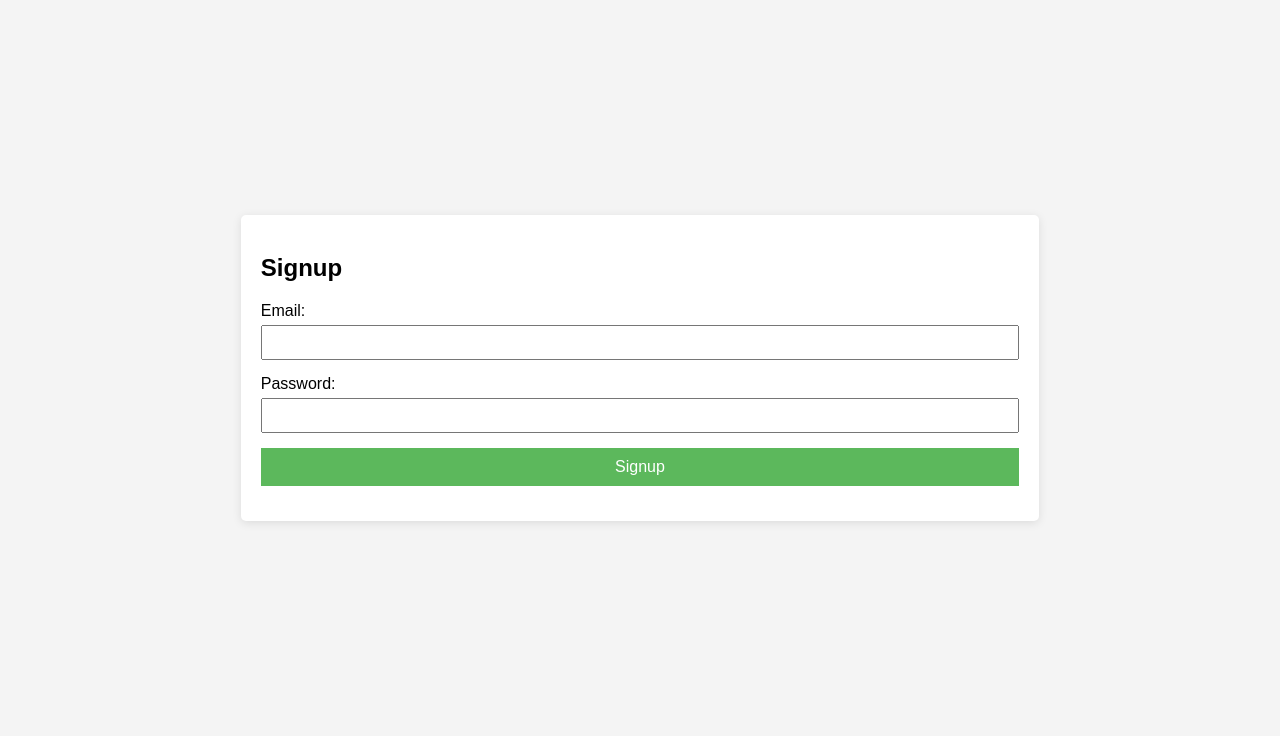
Repository: SHASHIDHAR-as/Spring
Page: spring-jsp-servelets/webapp/Webapp/src/main/webapp/Register.html
An editor plug-in stored every save of this project. The page is shown before and after the next save, followed by the edit.
The browser window is 1280 px wide. The pictures show the whole page.

Above is the page before, as saved 2024-07-30 06:40:43.

### spring-jsp-servelets/webapp/Webapp/src/main/webapp/Register.html
<!DOCTYPE html>
<html lang="en">
<head>
    <meta charset="UTF-8">
    <meta name="viewport" content="width=device-width, initial-scale=1.0">
    <title>Deloitte Signup Page</title>
    <style>
        body {
            font-family: Arial, sans-serif;
            background-color: #f4f4f4;
            display: flex;
            justify-content: center;
            align-items: center;
            height: 100vh;

        }
        .signup-form {
            background-color: #fff;
            padding: 20px;
            border-radius: 5px;
            box-shadow: 0 2px 10px rgba(0, 0, 0, 0.1);
            width:60%;
        }
        .signup-form h2 {
            margin-bottom: 20px;
        }
        .form-group {
            margin-bottom: 15px;
        }
        .form-group-w {
            display:flex;
            padding-bottom:10px;
        }
        .form-group label {
            display: block;
            margin-bottom: 5px;
        }
        .form-group input[type="text"],
        .form-group input[type="email"],
        .form-group input[type="password"] {
            width: 100%;
            padding: 8px;
            box-sizing: border-box;
        }
        .form-group input[type="radio"],
        .form-group input[type="checkbox"] {
            margin-right: 10px;
        }
        .form-group button {
            width: 100%;
            padding: 10px;
            background-color: #5cb85c;
            border: none;
            color: white;
            font-size: 16px;
            cursor: pointer;
        }
        .form-group button:hover {
            background-color: #4cae4c;
        }
    </style>
</head>
<body>
    <form class="signup-form">
        <h2>Signup</h2>

        <div class="form-group">
            <label for="email">Email:</label>
            <input type="email" id="email" name="email" required>
        </div>
        <div class="form-group">
            <label for="password">Password:</label>
            <input type="password" id="password" name="password" required>
        </div>


        <div class="form-group">
            <button type="submit">Signup</button>
        </div>

    </form>
</body>
</html>

After the next save:
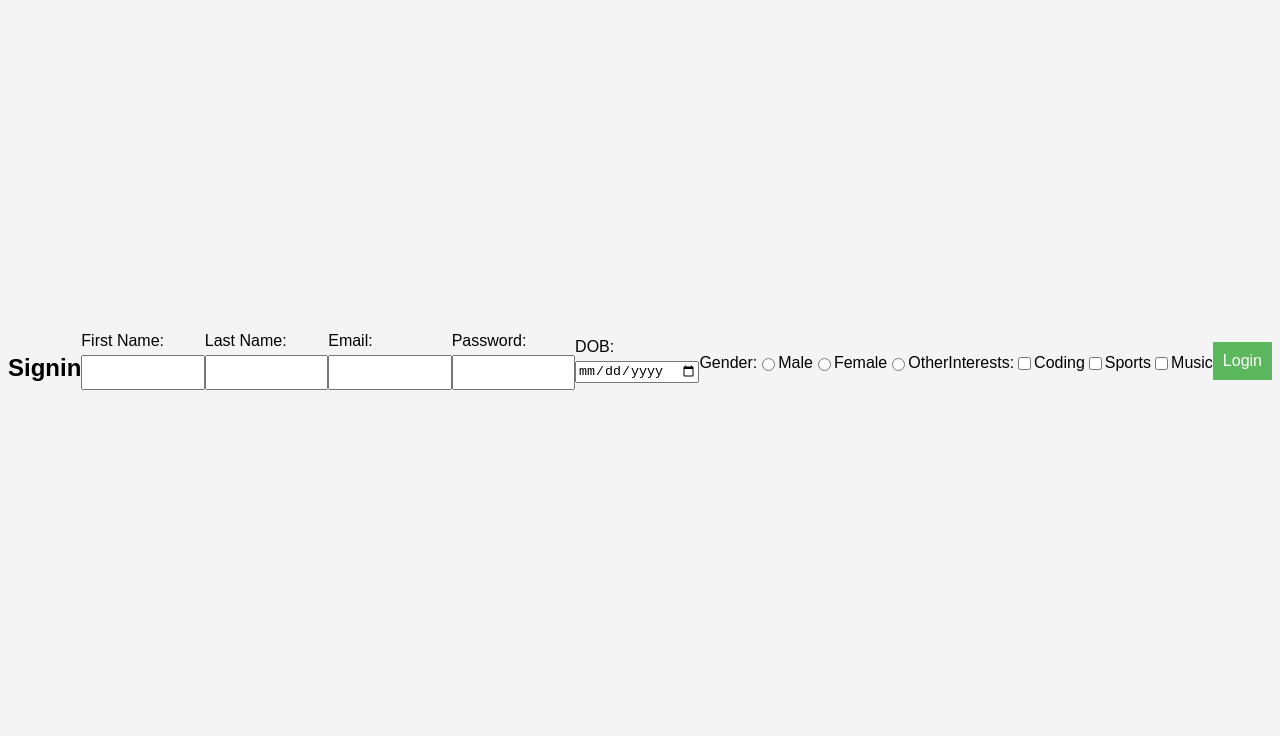
Saved 74 s later.
--- a/spring-jsp-servelets/webapp/Webapp/src/main/webapp/Register.html
+++ b/spring-jsp-servelets/webapp/Webapp/src/main/webapp/Register.html
@@ -1,10 +1,9 @@
 <!DOCTYPE html>
-<html lang="en">
+<html>
 <head>
-    <meta charset="UTF-8">
-    <meta name="viewport" content="width=device-width, initial-scale=1.0">
-    <title>Deloitte Signup Page</title>
-    <style>
+<meta charset="UTF-8">
+<title>Deloitte</title>
+<style>
         body {
             font-family: Arial, sans-serif;
             background-color: #f4f4f4;
@@ -61,9 +60,15 @@
     </style>
 </head>
 <body>
-    <form class="signup-form">
-        <h2>Signup</h2>
-
+	 <h2>Signin</h2>
+        <div class="form-group">
+            <label for="firstname">First Name:</label>
+            <input type="text" id="firstname" name="firstname" required>
+        </div>
+        <div class="form-group">
+            <label for="lastname">Last Name:</label>
+            <input type="text" id="lastname" name="lastname" required>
+        </div>
         <div class="form-group">
             <label for="email">Email:</label>
             <input type="email" id="email" name="email" required>
@@ -72,12 +77,31 @@
             <label for="password">Password:</label>
             <input type="password" id="password" name="password" required>
         </div>
-
-
         <div class="form-group">
-            <button type="submit">Signup</button>
+            <label for="Dob">DOB:</label>
+            <input type="date" id="dob" name="dob" required>
+        </div>
+        <div class="form-group-w">
+            <label>Gender:</label>
+            <input type="radio" id="male" name="gender" value="male" required>
+            <label for="male">Male</label>
+            <input type="radio" id="female" name="gender" value="female" required>
+            <label for="female">Female</label>
+            <input type="radio" id="other" name="gender" value="other" required>
+            <label for="other">Other</label>
+        </div>
+        <div class="form-group-w">
+            <label>Interests:</label>
+            <input type="checkbox" id="coding" name="interests" value="coding">
+            <label for="coding">Coding</label>
+            <input type="checkbox" id="sports" name="interests" value="sports">
+            <label for="sports">Sports</label>
+            <input type="checkbox" id="music" name="interests" value="music">
+            <label for="music">Music</label>
+        </div>
+        <div class="form-group">
+            <button type="submit">Login</button>
         </div>
 
-    </form>
 </body>
 </html>
